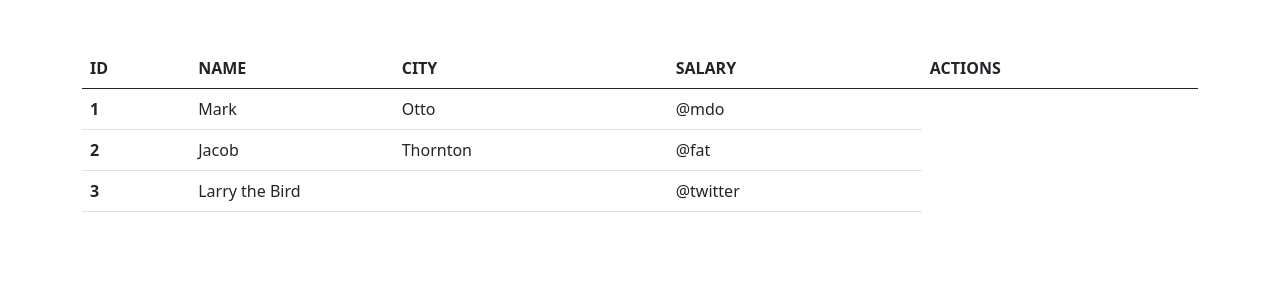
Repository: raypritam49000/SpringFrameworkProjects
Page: http://localhost/SpringMvcHibernateTemplateDemo/WEB-INF/views/index.jsp
The author's editor kept a copy of each file at every save. The page is drawn from the files as they stood at one save, then again after the next save.
The browser window is 1280 px wide. The pictures show the whole page.
The page is served by Tomcat 9. Nobody is signed in. Other server files are loaded and not shown. The template is opened directly, without the code that normally fills it, so the values that code supplies are empty.

Above is the page before, as saved 2022-08-01 11:02:51.

### SpringMvcHibernateTemplateDemo/src/main/webapp/WEB-INF/views/index.jsp
<%@ page language="java" contentType="text/html; charset=ISO-8859-1"
	pageEncoding="ISO-8859-1"%>
<%@ taglib prefix="c" uri="http://java.sun.com/jsp/jstl/core"%>
<!DOCTYPE html>
<html>
<head>
<meta charset="ISO-8859-1">
<title>List Of User</title>
<%@ include file="bootstrap.jsp"%>
</head>
<body>
	<div class="container mt-5">
		<table class="table">
			<thead>
				<tr>
					<th scope="col">ID</th>
					<th scope="col">NAME</th>
					<th scope="col">CITY</th>
					<th scope="col">SALARY</th>
					<th scope="col">ACTIONS</th>
				</tr>
			</thead>
			<tbody>
				<tr>
					<th scope="row">1</th>
					<td>Mark</td>
					<td>Otto</td>
					<td>@mdo</td>
				</tr>
				<tr>
					<th scope="row">2</th>
					<td>Jacob</td>
					<td>Thornton</td>
					<td>@fat</td>
				</tr>
				<tr>
					<th scope="row">3</th>
					<td colspan="2">Larry the Bird</td>
					<td>@twitter</td>
				</tr>
			</tbody>
		</table>
	</div>
</body>
</html>

### SpringMvcHibernateTemplateDemo/src/main/webapp/WEB-INF/views/bootstrap.jsp
<link
	href="https://cdn.jsdelivr.net/npm/bootstrap@5.0.2/dist/css/bootstrap.min.css"
	rel="stylesheet"
	integrity="sha384-EVSTQN3/azprG1Anm3QDgpJLIm9Nao0Yz1ztcQTwFspd3yD65VohhpuuCOmLASjC"
	crossorigin="anonymous">

<link
	href="https://cdn.jsdelivr.net/npm/bootstrap@5.0.2/dist/css/bootstrap.min.css"
	rel="stylesheet"
	integrity="sha384-EVSTQN3/azprG1Anm3QDgpJLIm9Nao0Yz1ztcQTwFspd3yD65VohhpuuCOmLASjC"
	crossorigin="anonymous">

<script
	src="https://cdn.jsdelivr.net/npm/@popperjs/core@2.9.2/dist/umd/popper.min.js"
	integrity="sha384-IQsoLXl5PILFhosVNubq5LC7Qb9DXgDA9i+tQ8Zj3iwWAwPtgFTxbJ8NT4GN1R8p"
	crossorigin="anonymous"></script>
<script
	src="https://cdn.jsdelivr.net/npm/bootstrap@5.0.2/dist/js/bootstrap.min.js"
	integrity="sha384-cVKIPhGWiC2Al4u+LWgxfKTRIcfu0JTxR+EQDz/bgldoEyl4H0zUF0QKbrJ0EcQF"
	crossorigin="anonymous"></script>

After the next save:
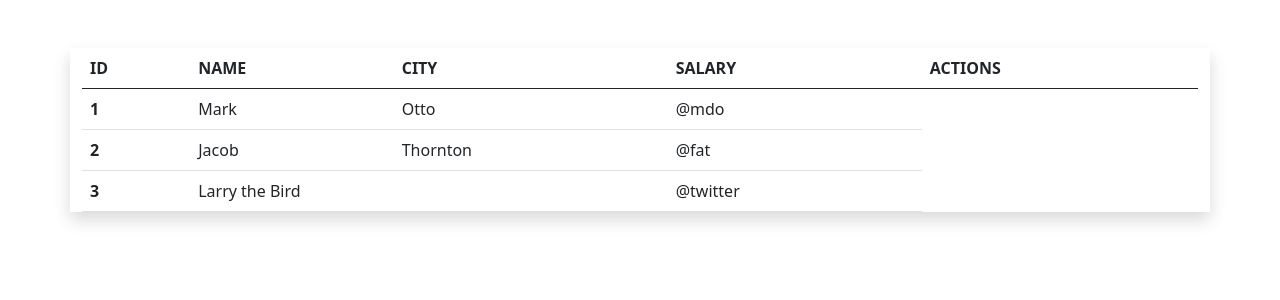
Saved 16 s later.
--- a/SpringMvcHibernateTemplateDemo/src/main/webapp/WEB-INF/views/index.jsp
+++ b/SpringMvcHibernateTemplateDemo/src/main/webapp/WEB-INF/views/index.jsp
@@ -9,7 +9,7 @@
 <%@ include file="bootstrap.jsp"%>
 </head>
 <body>
-	<div class="container mt-5">
+	<div class="container mt-5 shadow">
 		<table class="table">
 			<thead>
 				<tr>
